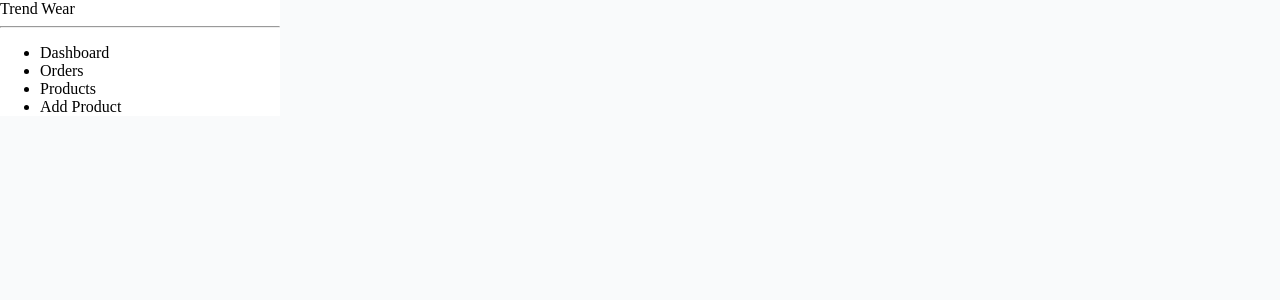
Repository: ahmad-dev7/TrendWear
Page: / (app in trend_wear_dashboard/)
An editor plug-in stored every save of this project. The page is shown before and after the next save, followed by the edit.
The browser window is 1280 px wide. The pictures show the whole page.
The project was rebuilt for these pictures with package versions that can differ from the ones it lists, and the page was loaded fresh each time. Also part of the build but not shown: trend_wear_dashboard/vite.config.ts.

Above is the page before, as saved 2025-01-19 13:21:37.

After the next save:
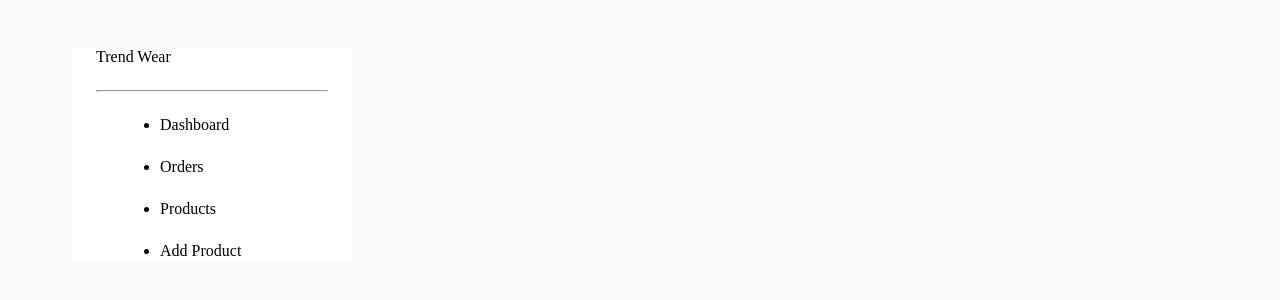
Saved 19 s later.
--- a/trend_wear_dashboard/src/App.css
+++ b/trend_wear_dashboard/src/App.css
@@ -5,6 +5,10 @@
 
 }
 
+* {
+    margin: 24px;
+}
+
 #sidebar {
     background-color: white;
     width: 280px;

After the save that followed:
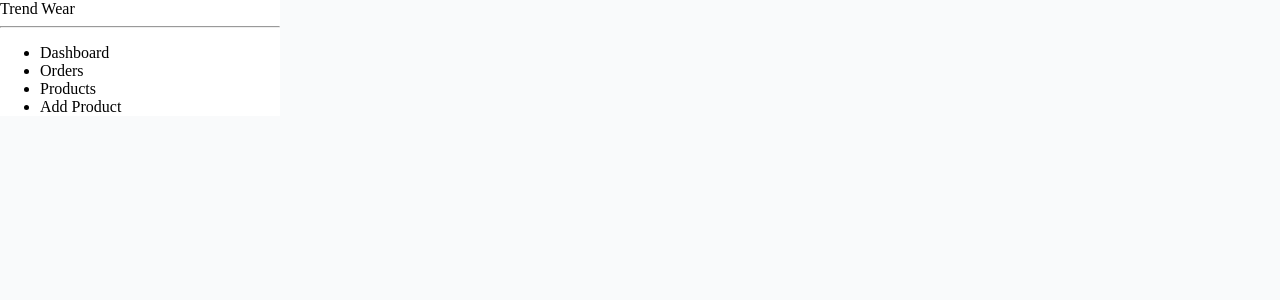
Saved 8 s later.
--- a/trend_wear_dashboard/src/App.css
+++ b/trend_wear_dashboard/src/App.css
@@ -5,9 +5,7 @@
 
 }
 
-* {
-    margin: 24px;
-}
+
 
 #sidebar {
     background-color: white;
